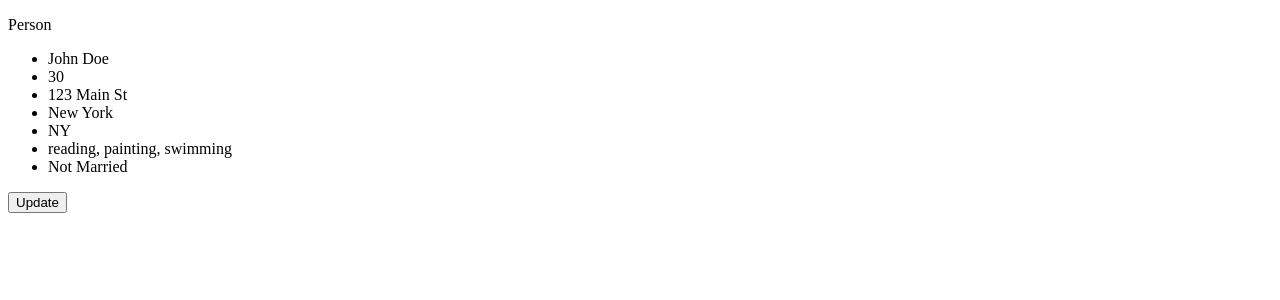
Repository: Aqui05/todo-vue
Page: /
An editor plug-in stored every save of this project. The page is shown before and after the next save, followed by the edit.
The browser window is 1280 px wide. The pictures show the whole page.
The project was rebuilt for these pictures with package versions that can differ from the ones it lists, and the page was loaded fresh each time. Also part of the build but not shown: vue.config.js.

Above is the page before, as saved 2024-10-31 17:12:34.

After the next save:
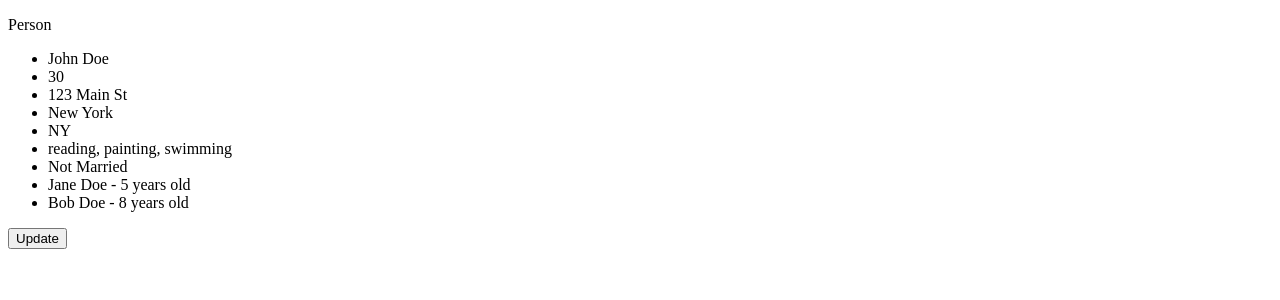
Saved 10 s later.
--- a/src/App.vue
+++ b/src/App.vue
@@ -9,6 +9,9 @@
     <li>{{ person.hobbies.join(", ") }}</li>
     <li v-if="person.isMarried">Married</li>
     <li v-else>Not Married</li>
+    <li v-for="child in person.children" :key="child.name">
+      {{ child.name }} - {{ child.age }} years old
+    </li>
   </ul>
   <button @click="updatePerson">Update</button>
 </template>
